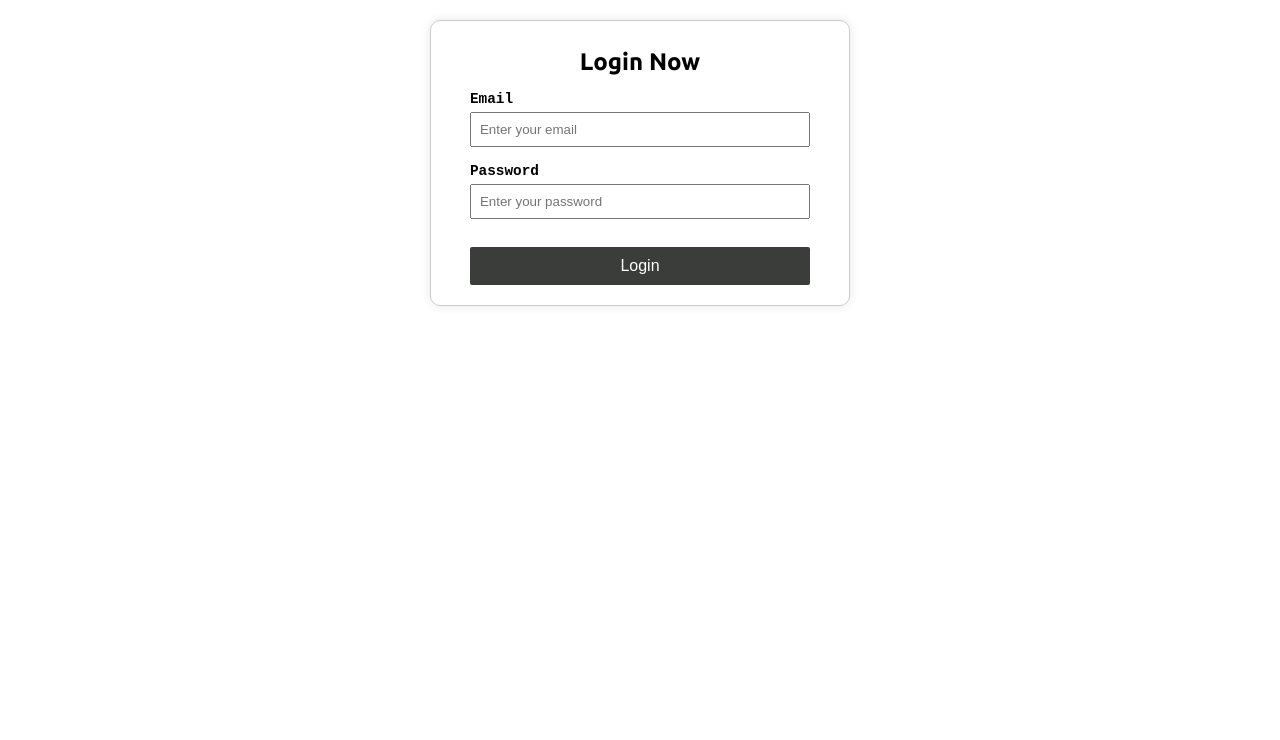
Repository: jkvekariya/Online-store-Management
Page: /auth/login (app in frontend/client/)
The author's editor kept a copy of each file at every save. The page is drawn from the files as they stood at one save, then again after the next save.
The browser window is 1280 px wide. The pictures show the whole page.
Some web fonts or font styles are not loaded; a fallback is used. The project was rebuilt for these pictures with package versions that can differ from the ones it lists, and the page was loaded fresh each time. Also part of the build but not shown: frontend/client/vite.config.js, frontend/client/src/css/header.css, frontend/client/src/css/sidebar.css, frontend/client/src/components/Sidebar.jsx, frontend/client/src/context/CartContext.jsx, frontend/client/src/components/Header.jsx, frontend/client/src/css/footer.css, frontend/client/src/components/Footer.jsx and 11 more.

Above is the page before, as saved 2026-01-02 14:31:35.

### frontend/client/index.html
<!doctype html>
<html lang="en">
  <head>
    <meta charset="UTF-8" />
    <link rel="icon" type="image/svg+xml" href="/vite.svg" />
    <meta name="viewport" content="width=device-width, initial-scale=1.0" />
    <title>Online Store Management System</title>
  </head>
  <body>
    <div id="root"></div>
    <script type="module" src="/src/main.jsx"></script>
  </body>
</html>

### frontend/client/src/main.jsx
import React from 'react'
import ReactDOM from 'react-dom/client'
import { BrowserRouter } from 'react-router-dom'
import App from './App.jsx'
import './index.css'

ReactDOM.createRoot(document.getElementById('root')).render(
  <React.StrictMode>
    <BrowserRouter>
      <App />
    </BrowserRouter>
  </React.StrictMode>,
)

### frontend/client/src/App.jsx
import { Routes, Route } from "react-router-dom";

import AuthLayout from "./layout/AuthLayout";
import UserLayout from "./layout/UserLayout";
import AdminLayout from "./layout/AdminLayout";

import Login from "./pages/auth/Login";
import Signup from "./pages/auth/Signup";
import Home from "./pages/user/Home";
import Dashboard from "./pages/admin/Dashboard";
import Contact from "./pages/user/Contact";
import About from "./pages/user/About";
import Services from "./pages/user/Services";
import Shop from "./pages/user/Shop";

function App() {
  return (
    <Routes>

      {/* AUTH ROUTES */}
      <Route path="/auth" element={<AuthLayout />}>
        <Route path="login" element={<Login />} />
        <Route path="signup" element={<Signup />} />
      </Route>

      {/* USER ROUTES */}
      <Route path="/" element={<UserLayout />}>
        <Route index element={<Home />} />
        <Route path="pages/user/contact" element={<Contact />} />
        <Route path="pages/user/about" element={<About />} />
        <Route path="pages/user/services" element={<Services />} />
        <Route path="pages/user/shop" element={<Shop />} />
      </Route>

      {/* ADMIN ROUTES */}
      <Route path="/admin" element={<AdminLayout />}>
        <Route path="dashboard" element={<Dashboard />} />
      </Route>

    </Routes>
  );
}

export default App;

### frontend/client/src/index.css
* {
  margin: 0;
  padding: 0;
  box-sizing: border-box;
}

#root {
  min-height: 100vh;
}

### frontend/client/src/layout/AuthLayout.jsx
import { Outlet } from "react-router-dom";

const AuthLayout = () => {
  return (
    <div>
      {/* <h2>Auth Section</h2> */}
      <Outlet />
    </div>
  );
};

export default AuthLayout;

### frontend/client/src/pages/auth/Login.jsx
import React from 'react'
import { useState } from 'react'
import "../../css/login.css"

const Login = () => {

    const [email, setEMail] = useState("");
    const [password, setPassword] = useState("");

  return (
    <>
         <div className='main-container'>
      <h2>Login Now</h2>
        <div className='email-box'>
            <label htmlFor="email">Email</label>
            <input type="email"
            id="login-email"
            value={email}
            onChange={(e) => setEMail(e.target.value)}
            placeholder='Enter your email'
            />
        </div>
        <div className='password-box'>
            <label htmlFor="password">Password</label>
            <input type="password"
            id="login-password"
            value={password}
            onChange={(e) => setPassword(e.target.value)}
            placeholder='Enter your password'
            />
        </div>
      <div className='btn'>
        <button onClick={() => {}}>Login</button>
      </div>
    </div>
    </>
  )
}

export default Login

### frontend/client/src/css/login.css
.main-container{
    width: 400px;
    margin: auto;
    border: 1px solid #ccc;
    padding: 20px;
    border-radius: 10px;
    box-shadow: 0 0 10px rgba(0, 0, 0, 0.1);
    margin-top: 50px;
    font-family: Arial, sans-serif;
    display: flex;
    justify-content: center;
    align-items: center;
    flex-direction: column;
}

label{
    font-size: 0.9rem;
    display: block;
    font-family: 'Courier New', Courier, monospace;
    font-weight: 700;
    /* margin-bottom: 5px; */
}

.main-container .email-box,.password-box{
 margin: 0.5rem 0;
}

input{
    padding: 8px;
    width: 100%;
    margin-top: 5px;
}

.main-container h2{
    text-align: center;
    margin: 7px 0;
}

.btn{
    width: 100%;
    text-align: center;
}

button{
    width: 90%;
    border-radius: 2px;
    margin-top: 20px;
    padding: 10px 20px;
    font-size: 16px;
    cursor: pointer;
    background-color: #3a3d3a;
    color: white;
    border: none;
}

### frontend/client/src/css/signup.css
@import url('https://fonts.googleapis.com/css2?family=BBH+Bartle&family=Nunito:ital,wght@0,200..1000;1,200..1000&family=Ubuntu:ital,wght@0,300;0,400;0,500;0,700;1,300;1,400;1,500;1,700&display=swap');

.main-container{
    width: 100%;
    max-width: 420px;
    margin: 20px auto;
    border: 1px solid #ccc;
    padding: 20px;
    border-radius: 10px;
    box-shadow: 0 0 10px rgba(0, 0, 0, 0.1);
    font-family: Arial, sans-serif;
    display: flex;
    justify-content: center;
    align-items: center;
    flex-direction: column;
}

label{
    font-size: 0.9rem;
    display: block;
    font-family: 'Courier New', Courier, monospace;
    font-weight: 700;
    /* margin-bottom: 5px; */
}

.main-container .email-box,.password-box,.first-name-box,.last-name-box{
 margin: 0.5rem 0;
 width: 90%;
}

.email-box label em{
    position: relative;
    display: inline-block;
    float: none;
    right: 0;
    margin-left: 2px;
    color: #c10000;
}
.password-box label em{
    position: relative;
    display: inline-block;
    float: none;
    right: 0;
    margin-left: 2px;
    color: #c10000;
}
.first-name-box label em{
    position: relative;
    display: inline-block;
    float: none;
    right: 0;
    margin-left: 2px;
    color: #c10000;
}
.last-name-box label em{
    position: relative;
    display: inline-block;
    float: none;
    right: 0;
    margin-left: 2px;
    color: #c10000;
}

input{
    /* padding: 8px; */
    width: 100%;
    margin-top: 5px;
    box-sizing: border-box;
}

.main-container h2{
    text-align: center;
    font-family: "Ubuntu", sans-serif;
    font-weight: 560;
    font-style: normal;
}

.btn{
    width: 100%;
    text-align: center;
}

button{
    margin-top: 20px;
    padding: 10px 20px;
    font-size: 16px;
    cursor: pointer;
    background-color: #3a3d3a;
    color: white;
    border: none;
}

### frontend/client/src/css/bodyheader.css
@import url('https://fonts.googleapis.com/css2?family=BBH+Bartle&family=Nunito:ital,wght@0,200..1000;1,200..1000&family=Ubuntu:ital,wght@0,300;0,400;0,500;0,700;1,300;1,400;1,500;1,700&display=swap');

* {
    padding: 0;
    margin: 0;
    box-sizing: border-box;
  }

:root {
    --background-color: #e6e6e68e;
    --header-text-color: #213448;
    --home-link-color: #4B9DA9;
    --title-color: #212447;
    --title-hover-color: #547792;
}

  .b-header-bg {
    margin-top: 30px;
    height: 23vh;
    width: 100vw;
    /* background-color: aqua; */
    background: var(--background-color);
    /* background-blend-mode: darken; */
    /* background-size: cover; */
    /* background-repeat: no-repeat; */
    /* background-position: center; */
    /* background-position-y: 56%; */
    display: flex;
    justify-content: center;
    align-items: center;
  }

  .b-header-bg .page-title {
    height: 10rem;
    width: 20rem;
    display: grid;
    place-items: center;
    align-content: center;
  }

  .b-header-bg .page-title h2 {
    font-size: 2rem;
    margin-bottom: 5px;
    color: var(--header-text-color);
    font-family: "Ubuntu", sans-serif;
    font-weight: 500;
    font-style: normal;
    position: relative;
    z-index: 100;
  }

   .b-header-bg .page-title .ul-links ul{
    /* height: 4rem; */
    width: 10rem;
    display: flex;
    justify-content: center;
    align-items: center;
    gap:0;
  }

  .b-header-bg .page-title .ul-links ul #home-link a {
    color: var(--home-link-color);
  }


  .b-header-bg .page-title .ul-links ul li{
    /* height: 2rem; */
    display: flex;
    justify-content: center;
    align-items: center;
  }

  .b-header-bg .page-title .ul-links ul li svg{
      font-size: 1.3rem;
      color: var(--title-color);
  }

  .b-header-bg .page-title .ul-links ul li a{
    width: max-content;
    text-decoration: none;
    padding: 5px;
    color: var(--title-color);
    font-family: "Ubuntu", sans-serif;
    font-weight: 450;
    font-style: normal;
    font-size: 0.8rem;
    font-style: normal;
  }

  .b-header-bg .page-title .ul-links ul li a:hover{
      color: var(--title-hover-color);
  }

### frontend/client/src/components/BodyHeader.jsx
import "../css/bodyheader.css"
import {Link} from 'react-router-dom'
import { MdKeyboardArrowRight } from "react-icons/md";

const Bodyheader = ({title}) => {
  return (
    <>
        <div className="b-header-bg">
            <div className="page-title">
                <h2>{title}</h2>
                <div className="ul-links">
                <ul>
                    <li id="home-link">
                        <Link to='/'>Home</Link>
                    </li>
                       <li><MdKeyboardArrowRight/></li>
                    <li>
                        <Link to=''>{title}</Link>
                    </li>
                </ul>
                </div>
            </div>
        </div>
    </>
  )
}

export default Bodyheader;

Loaded but not shown: frontend/client/src/css/header.css (no copy from this time; the picture is the same without it)

After the next save:
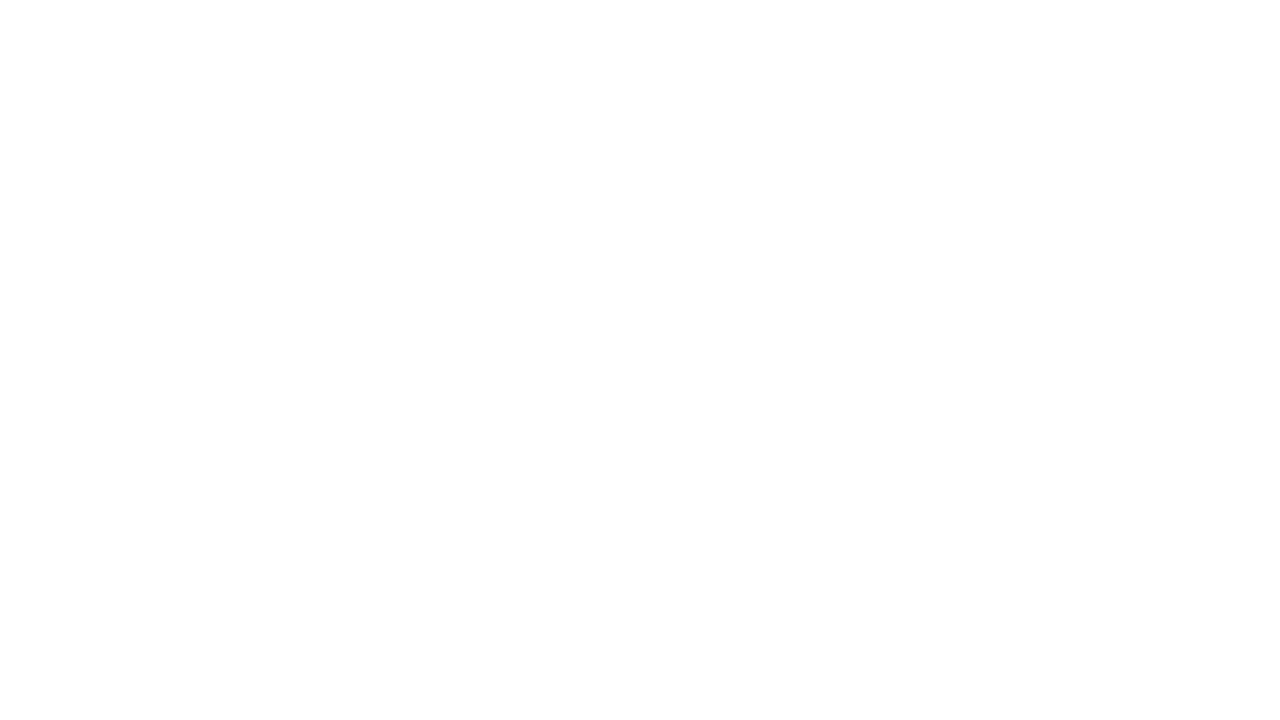
Console error: ReferenceError: Bodyheader is not defined
Saved 56 s later.
--- a/frontend/client/src/pages/auth/Login.jsx
+++ b/frontend/client/src/pages/auth/Login.jsx
@@ -9,6 +9,7 @@
 
   return (
     <>
+        <Bodyheader title="Login" />
          <div className='main-container'>
       <h2>Login Now</h2>
         <div className='email-box'>

After the save that followed:
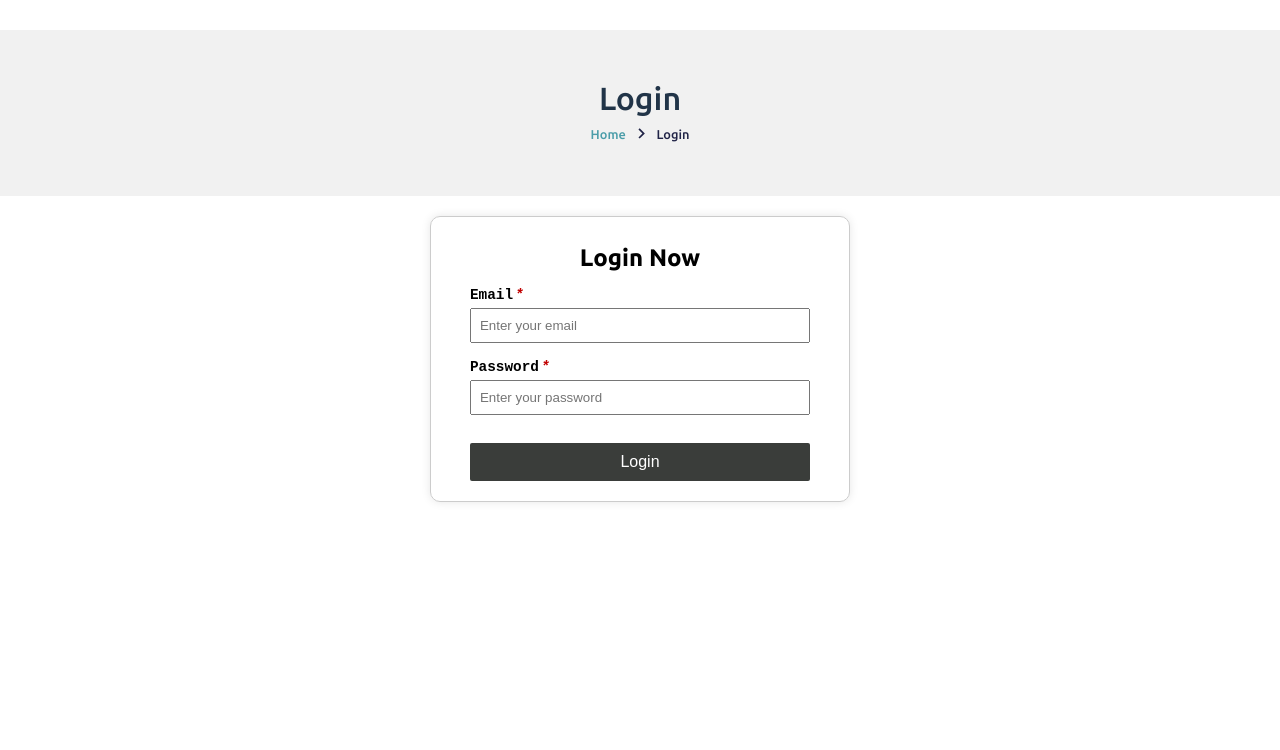
The error is gone.
Saved 35 s later.
--- a/frontend/client/src/pages/auth/Login.jsx
+++ b/frontend/client/src/pages/auth/Login.jsx
@@ -1,6 +1,7 @@
 import React from 'react'
 import { useState } from 'react'
 import "../../css/login.css"
+import Bodyheader from '../../components/BodyHeader';
 
 const Login = () => {
 
@@ -9,11 +10,11 @@
 
   return (
     <>
-        <Bodyheader title="Login" />
+        <Bodyheader title="Login"/>
          <div className='main-container'>
       <h2>Login Now</h2>
         <div className='email-box'>
-            <label htmlFor="email">Email</label>
+            <label htmlFor="email">Email<em>*</em></label>
             <input type="email"
             id="login-email"
             value={email}
@@ -22,7 +23,7 @@
             />
         </div>
         <div className='password-box'>
-            <label htmlFor="password">Password</label>
+            <label htmlFor="password">Password<em>*</em></label>
             <input type="password"
             id="login-password"
             value={password}
